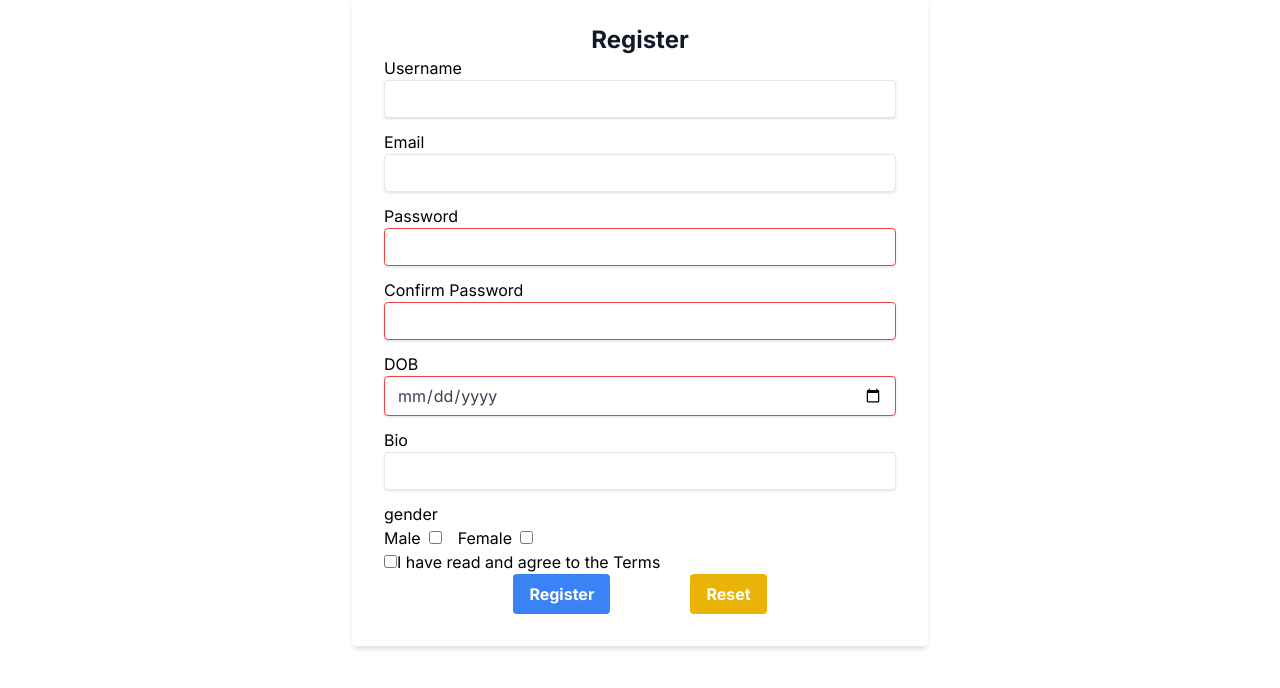
Repository: uh-sman/tiktok-card
Page: /
The author's editor kept a copy of each file at every save. The page is drawn from the files as they stood at one save, then again after the next save.
The browser window is 1280 px wide. The pictures show the whole page.
The project was rebuilt for these pictures with package versions that can differ from the ones it lists, and the page was loaded fresh each time. The framework's server and built-in components were replaced by stand-ins that run in the browser. Also part of the build but not shown: next.config.js.

Above is the page before, as saved 2023-12-19 14:52:41.

After the next save:
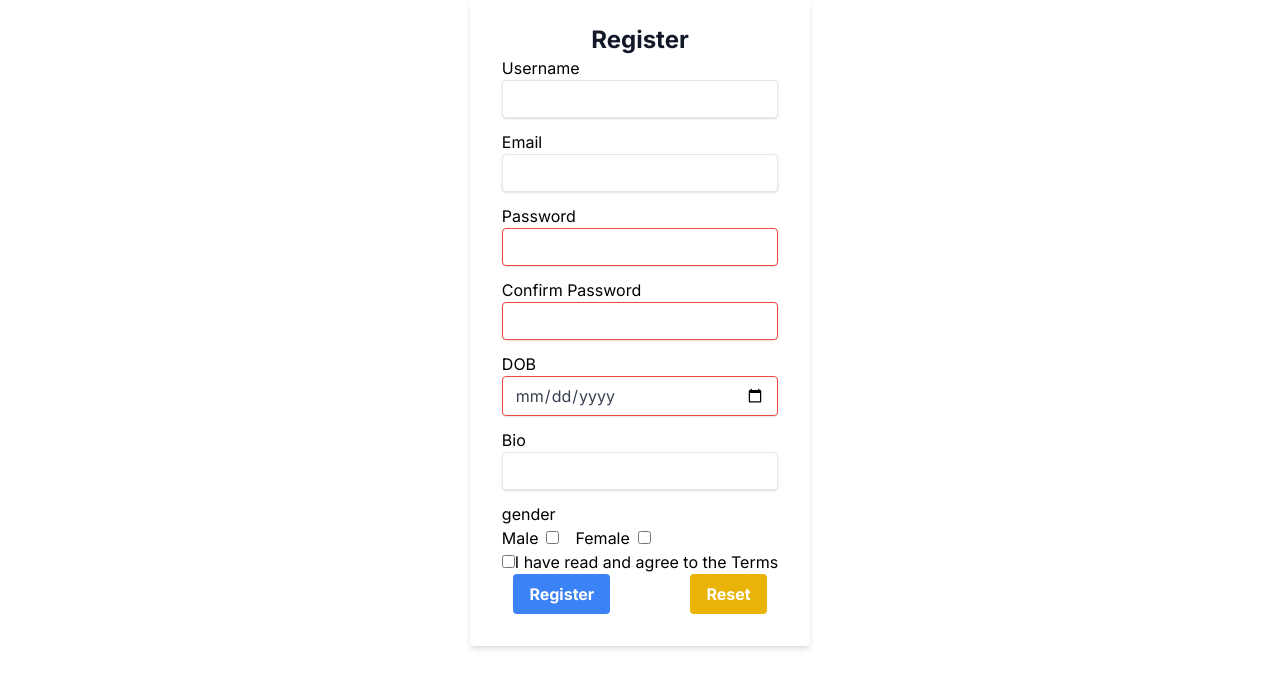
Saved 6 min 32 s later.
--- a/app/page.tsx
+++ b/app/page.tsx
@@ -15,7 +15,7 @@ type FormValues = {
 
 export default function Home() {
   return (
-    <div className="flex justify-center items-center">
+    <div className="">
       <AuthForm />
     </div>
   )
--- a/app/components/AuthForm.tsx
+++ b/app/components/AuthForm.tsx
@@ -14,7 +14,7 @@ type UserSubmitForm = {
   };
 const AuthForm: React.FC = () => {
     // using the useForm hook from the react-hook-form package
-    const {register,handleSubmit, reset} = useForm<UserSubmitForm>()
+    const {register,handleSubmit, reset,formState} = useForm<UserSubmitForm>()
     // the onSubmit handler
     const onSubmit = (data: UserSubmitForm) => {
         if(data.male && data.female === true) {
@@ -23,7 +23,7 @@ const AuthForm: React.FC = () => {
         console.log(data)
     }
     return (
-        <div className="w-full max-w-xl">
+        <div className="flex justify-center">
         <form className="bg-white shadow-md rounded px-8 pt-6 pb-8 mb-4" onSubmit={handleSubmit(onSubmit)}>
         <h2 className="font-bold text-gray-900 text-2xl text-center">Register</h2>
           <div className="flex flex-col">
